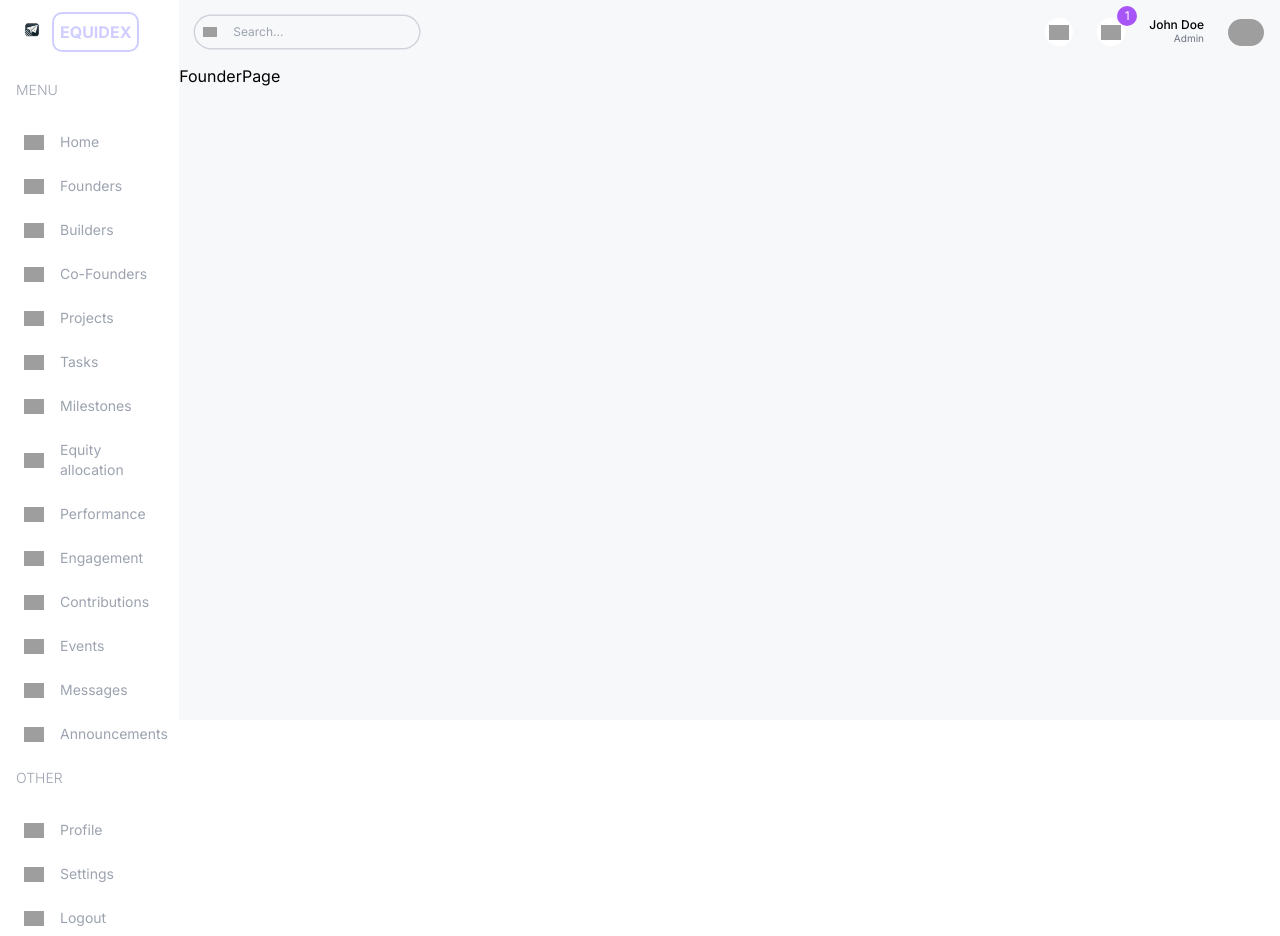
Repository: MikeeBuilds/equidex
Page: /founder
These files come from the project's save history. The page is drawn as it stood at one moment and after the next save; the edit follows.
The browser window is 1280 px wide. The pictures show the whole page.
Pictures or frames that could not be fetched are drawn as grey boxes. An inner scrolling area shows only its first screen. The project was rebuilt for these pictures with package versions that can differ from the ones it lists, and the page was loaded fresh each time. The framework's server and built-in components were replaced by stand-ins that run in the browser. Also part of the build but not shown: next.config.mjs.

Above is the page before, as saved 2024-09-25 12:36:23.

### src/app/layout.tsx
import type { Metadata } from "next";
import { Inter } from "next/font/google";
import "./globals.css";

const inter = Inter({ subsets: ["latin"] });

export const metadata: Metadata = {
  title: "Equidex",
  description: "Link with builders & share workload for sweat equity",
};

export default function RootLayout({
  children,
}: Readonly<{
  children: React.ReactNode;
}>) {
  return (
    <html lang="en">
      <body className={inter.className}>

        {children}
      </body>
    </html>
  );
}

### src/app/(dashboard)/layout.tsx
import Menu from "@/components/Menu";
import Navbar from "@/components/Navbar";
import Image from "next/image";
import Link from "next/link";

export default function DashboardLayout({
  children,
}: Readonly<{
  children: React.ReactNode;
}>) {
  return (
    <div className="h-screen flex">
      {/* LEFT */}
      <div className="w-[14%] md:w-[8%] lg:w-[16%] xl:w-[14%] p-4">
        <Link
          href="/"
          className="flex items-center justify-center lg:justify-start gap-2"
        >
          <Image src="/logo.png" alt="logo" width={32} height={32} />
          <span className="hidden lg:block font-bold text-dexPurple outline outline-2 outline-offset-2 outline-dexPurple rounded-md p-1">EQUIDEX</span>
        </Link>
        <Menu />
      </div>
      {/* RIGHT */}
      <div className="w-[86%] md:w-[92%] lg:w-[84%] xl:w-[86%] bg-[#F7F8FA] overflow-scroll flex flex-col">
        <Navbar />
        {children}
      </div>
    </div>
  );
}

### src/app/(dashboard)/founder/page.tsx
import React from 'react'

const FounderPage = () => {
  return (
    <div>FounderPage</div>
  )
}

export default FounderPage

### src/app/globals.css
@tailwind base;
@tailwind components;
@tailwind utilities;

.react-calendar {
  width: 100% !important;
  border: none !important;
  font-family: "Inter", sans-serif !important;
}

.react-calendar__navigation__label__labelText {
  font-weight: 600;
}

.react-calendar__tile--active {
  background-color: #c3ebfa !important;
  color: black !important;
}

.rbc-btn-group:first-child {
  display: none !important;
}

.rbc-toolbar-label {
  text-align: right !important;
  padding: 0px 20px !important;
}

.rbc-btn-group:last-child {
  font-size: 13px !important;
}

.rbc-btn-group:last-child button {
  border: none !important;
  background-color: #f1f0ff !important;
  margin-left: 2px !important;
}

.rbc-toolbar button.rbc-active {
  background-color: #dbdafe !important;
  box-shadow: none !important;
}

.rbc-time-view {
  border-color: #eee !important;
}

.rbc-time-header {
  display: none !important;
}

.rbc-time-content {
  border: none !important;
}

.rbc-time-gutter.rbc-time-column {
  font-size: 12px !important;
}

.rbc-time-gutter.rbc-time-column .rbc-timeslot-group {
  padding: 0px 20px !important;
}

.rbc-timeslot-group {
  background-color: #f7fdff !important;
}

.rbc-day-slot {
  font-size: 14px !important;
}

.rbc-event {
  border: none !important;
  color: black !important;
  padding: 10px !important;
  margin: 10px !important;
  width: 99% !important;
}

.event-pitch {
  background-color: #e2f8ff !important;
}
.event-networking {
  background-color: #fefce8 !important;
}
.event-investor {
  background-color: #f2f1ff !important;
}
.event-workshop {
  background-color: #fdf2fb !important;
}
.event-meetup {
  background-color: #e2fff0 !important;
}
.event-funding {
  background-color: #fff2e2 !important;
}
.event-launch {
  background-color: #f2e2ff !important;
}
.event-meeting {
  background-color: #e2f0ff !important;
}
.event-hackathon {
  background-color: #ffe2e2 !important;
}

### src/components/Menu.tsx
import { role } from "@/lib/data";
import Image from "next/image";
import Link from "next/link";

const menuItems = [
  {
    title: "MENU",
    items: [
      {
        icon: "/home.png",
        label: "Home",
        href: "/",
        visible: ["admin", "founder", "builder", "cofounder"],
      },
      {
        icon: "/teacher.png",
        label: "Founders",
        href: "/list/founders",
        visible: ["admin", "founder"],
      },
      {
        icon: "/student.png",
        label: "Builders",
        href: "/list/builders",
        visible: ["admin", "founder"],
      },
      {
        icon: "/parent.png",
        label: "Co-Founders",
        href: "/list/cofounder",
        visible: ["admin", "founder"],
      },
      {
        icon: "/subject.png",
        label: "Projects",
        href: "/list/projects",
        visible: ["admin", "founder", "builder", "cofounder"],
      },
      {
        icon: "/class.png",
        label: "Tasks",
        href: "/list/tasks",
        visible: ["admin", "founder", "builder", "cofounder"],
      },
      {
        icon: "/lesson.png",
        label: "Milestones",
        href: "/list/milestones",
        visible: ["admin", "founder", "cofounder"],
      },
      {
        icon: "/exam.png",
        label: "Equity allocation",
        href: "/list/equity-allocation",
        visible: ["admin", "founder"],
      },
      {
        icon: "/assignment.png",
        label: "Performance",
        href: "/list/performance",
        visible: ["admin", "founder", "cofounder"],
      },
      {
        icon: "/result.png",
        label: "Engagement",
        href: "/list/engagement",
        visible: ["admin", "founder", "builder", "cofounder"],
      },
      {
        icon: "/attendance.png",
        label: "Contributions",
        href: "/list/contributions",
        visible: ["admin", "founder", "builder", "cofounder"],
      },
      {
        icon: "/calendar.png",
        label: "Events",
        href: "/list/events",
        visible: ["admin", "founder", "builder", "cofounder"],
      },
      {
        icon: "/message.png",
        label: "Messages",
        href: "/list/messages",
        visible: ["admin", "founder", "builder", "cofounder"],
      },
      {
        icon: "/announcement.png",
        label: "Announcements",
        href: "/list/announcements",
        visible: ["admin", "founder", "builder", "cofounder"],
      },
    ],
  },
  {
    title: "OTHER",
    items: [
      {
        icon: "/profile.png",
        label: "Profile",
        href: "/profile",
        visible: ["admin", "founder", "builder", "cofounder"],
      },
      {
        icon: "/setting.png",
        label: "Settings",
        href: "/settings",
        visible: ["admin", "founder", "builder", "cofounder"],
      },
      {
        icon: "/logout.png",
        label: "Logout",
        href: "/logout",
        visible: ["admin", "founder", "builder", "cofounder"],
      },
    ],
  },
];

const Menu = () => {
  return (
    <div className="mt-4 text-sm">
      {menuItems.map((i) => (
        <div className="flex flex-col gap-2" key={i.title}>
          <span className="hidden lg:block text-gray-400 font-light my-4">
            {i.title}
          </span>
          {i.items.map((item) => {
            if (item.visible.includes(role)) {
              return (
                <Link
                  className="flex items-center justify-center lg:justify-start gap-4 text-gray-400 hover:text-black py-2 md:px-2 rounded-lg hover:bg-dexSkyLight"
                  href={item.href}
                  key={item.label}
                >
                  <Image src={item.icon} alt="" width={20} height={20} />
                  <span className="hidden lg:block">{item.label}</span>
                </Link>
              );
            }
            return null;
          })}
        </div>
      ))}
    </div>
  );
};

export default Menu;

### src/components/Navbar.tsx
import Image from "next/image";

const Navbar = () => {
  return (
    <div className="flex items-center justify-between p-4">
      {/* SEARCH BAR */}
      <div className="hidden md:flex items-center gap-2 text-xs rounded-full ring-[1.5px] ring-gray-300 px-2">
        <Image src="/search.png" alt="" width={14} height={14} />
        <input
          type="text"
          placeholder="Search..."
          className="w-[200px] p-2 bg-transparent outline-none"
        />
      </div>
      {/* ICONS AND USER */}
      <div className="flex items-center gap-6 justify-end w-full">
        <div className="bg-white rounded-full w-7 h-7 flex items-center justify-center cursor-pointer">
          <Image src="/message.png" alt="" width={20} height={20} />
        </div>
        <div className="bg-white rounded-full w-7 h-7 flex items-center justify-center cursor-pointer relative">
          <Image src="/announcement.png" alt="" width={20} height={20} />
          <div className="absolute -top-3 -right-3 w-5 h-5 flex items-center justify-center bg-purple-500 text-white rounded-full text-xs">
            1
          </div>
        </div>
        <div className="flex flex-col">
          <span className="text-xs leading-3 font-medium">John Doe</span>
          <span className="text-[10px] text-gray-500 text-right">Admin</span>
        </div>
        <Image
          src="/avatar.png"
          alt=""
          width={36}
          height={36}
          className="rounded-full"
        />
      </div>
    </div>
  );
};

export default Navbar;

### tailwind.config.ts
import type { Config } from "tailwindcss";

const config: Config = {
  content: [
    "./src/pages/**/*.{js,ts,jsx,tsx,mdx}",
    "./src/components/**/*.{js,ts,jsx,tsx,mdx}",
    "./src/app/**/*.{js,ts,jsx,tsx,mdx}",
  ],
  theme: {
    extend: {
      backgroundImage: {
        "gradient-radial": "radial-gradient(var(--tw-gradient-stops))",
        "gradient-conic":
          "conic-gradient(from 180deg at 50% 50%, var(--tw-gradient-stops))",
      },
      colors: {
        dexSky: "#C3EBFA",
        dexSkyLight: "#EDF9FD",
        dexPurple: "#CFCEFF",
        dexPurpleLight: "#F1F0FF",
        dexYellow: "#FAE27C",
        dexYellowLight: "#FEFCE8",
      },
    },
  },
  plugins: [],
};
export default config;

### src/components/Announcements.tsx
const Announcements = () => {
    return (
      <div className="bg-white p-4 rounded-md">
        <div className="flex items-center justify-between">
          <h1 className="text-xl font-semibold">Announcements</h1>
          <span className="text-xs text-gray-400">View All</span>
        </div>
        <div className="flex flex-col gap-4 mt-4">
          <div className="bg-dexSkyLight rounded-md p-4">
            <div className="flex items-center justify-between">
              <h2 className="font-medium">New Feature: Project Matching Algorithm</h2>
              <span className="text-xs text-gray-400 bg-white rounded-md px-1 py-1">
                2023-09-15
              </span>
            </div>
            <p className="text-sm text-gray-400 mt-1">
              We&apos;ve launched a new AI-powered matching algorithm to help founders find the perfect collaborators for their projects. Check it out in your dashboard!
            </p>
          </div>
          <div className="bg-dexPurpleLight rounded-md p-4">
            <div className="flex items-center justify-between">
              <h2 className="font-medium">Upcoming Webinar: Equity Structuring</h2>
              <span className="text-xs text-gray-400 bg-white rounded-md px-1 py-1">
                2023-09-10
              </span>
            </div>
            <p className="text-sm text-gray-400 mt-1">
              Join us on Sept 20th for a webinar on structuring sweat equity agreements. Learn best practices from experienced founders and legal experts.
            </p>
          </div>
          <div className="bg-dexYellowLight rounded-md p-4">
            <div className="flex items-center justify-between">
              <h2 className="font-medium">Success Story: TechNova Startup</h2>
              <span className="text-xs text-gray-400 bg-white rounded-md px-1 py-1">
                2023-09-05
              </span>
            </div>
            <p className="text-sm text-gray-400 mt-1">
              TechNova, formed through our platform, just secured $2M in seed funding! Read about how they built their team and product using sweat equity.
            </p>
          </div>
        </div>
      </div>
    );
  };

  export default Announcements;

### src/components/BigCalendar.tsx
"use client";

import { Calendar, momentLocalizer, View, Views } from "react-big-calendar";
import moment from "moment";
import { calendarEvents } from "@/lib/data";
import "react-big-calendar/lib/css/react-big-calendar.css";
import { useState } from "react";

const localizer = momentLocalizer(moment);

const BigCalendar = () => {
  const [view, setView] = useState<View>(Views.WORK_WEEK);

  const handleOnChangeView = (selectedView: View) => {
    setView(selectedView);
  };

  const eventStyleGetter = (event: any) => {
    const colorClass = `event-${event.colorClass.toLowerCase()}`;
    return {
      className: colorClass
    };
  };

  return (
    <Calendar
      localizer={localizer}
      events={calendarEvents}
      startAccessor="start"
      endAccessor="end"
      views={["work_week", "day", "month"]}
      view={view}
      style={{ height: "98%" }}
      onView={handleOnChangeView}
      min={new Date(2024, 0, 1, 8, 0, 0)} // January 1, 2024, 8:00 AM
      max={new Date(2025, 11, 31, 17, 0, 0)} // December 31, 2025, 5:00 PM
      eventPropGetter={eventStyleGetter}
    />
  );
};

export default BigCalendar;

### src/components/EventCalendar.tsx
"use client";

import Image from "next/image";
import { useState } from "react";
import Calendar from "react-calendar";
import "react-calendar/dist/Calendar.css";

type ValuePiece = Date | null;

type Value = ValuePiece | [ValuePiece, ValuePiece];

// TEMPORARY
const events = [
  {
    id: 1,
    title: "Pitch Deck Review",
    time: "10:00 AM - 11:30 AM",
    description: "Review and finalize pitch deck with design team for upcoming investor meeting.",
  },
  {
    id: 2,
    title: "Product Launch Meeting",
    time: "2:00 PM - 3:30 PM",
    description: "Discuss final steps for MVP launch with development and marketing teams.",
  },
  {
    id: 3,
    title: "Equity Distribution Call",
    time: "4:00 PM - 5:00 PM",
    description: "Monthly call to review completed tasks and allocate sweat equity to contributors.",
  },
  {
    id: 4,
    title: "Investor Pitch Deadline",
    time: "11:59 PM",
    description: "Final deadline to submit pitch materials for seed funding round.",
  },
  {
    id: 5,
    title: "UI/UX Feedback Session",
    time: "1:00 PM - 2:30 PM",
    description: "Gather feedback from beta users on new interface design with UX specialist.",
  },
];

const EventCalendar = () => {
  const [value, onChange] = useState<Value>(new Date());

  return (
    <div className="bg-white p-4 rounded-md">
      <Calendar onChange={onChange} value={value} />
      <div className="flex items-center justify-between">
        <h1 className="text-xl font-semibold my-4">Events</h1>
        <Image src="/moreDark.png" alt="" width={20} height={20} />
      </div>
      <div className="flex flex-col gap-4">
        {events.map((event) => (
          <div
            className="p-5 rounded-md border-2 border-gray-100 border-t-4 odd:border-t-dexSky even:border-t-dexPurple"
            key={event.id}
          >
            <div className="flex items-center justify-between">
              <h1 className="font-semibold text-gray-600">{event.title}</h1>
              <span className="text-gray-300 text-xs">{event.time}</span>
            </div>
            <p className="mt-2 text-gray-400 text-sm">{event.description}</p>
          </div>
        ))}
      </div>
    </div>
  );
};

export default EventCalendar;

Loaded but not shown: src/lib/data.ts (446 lines, source omitted)

After the next save:
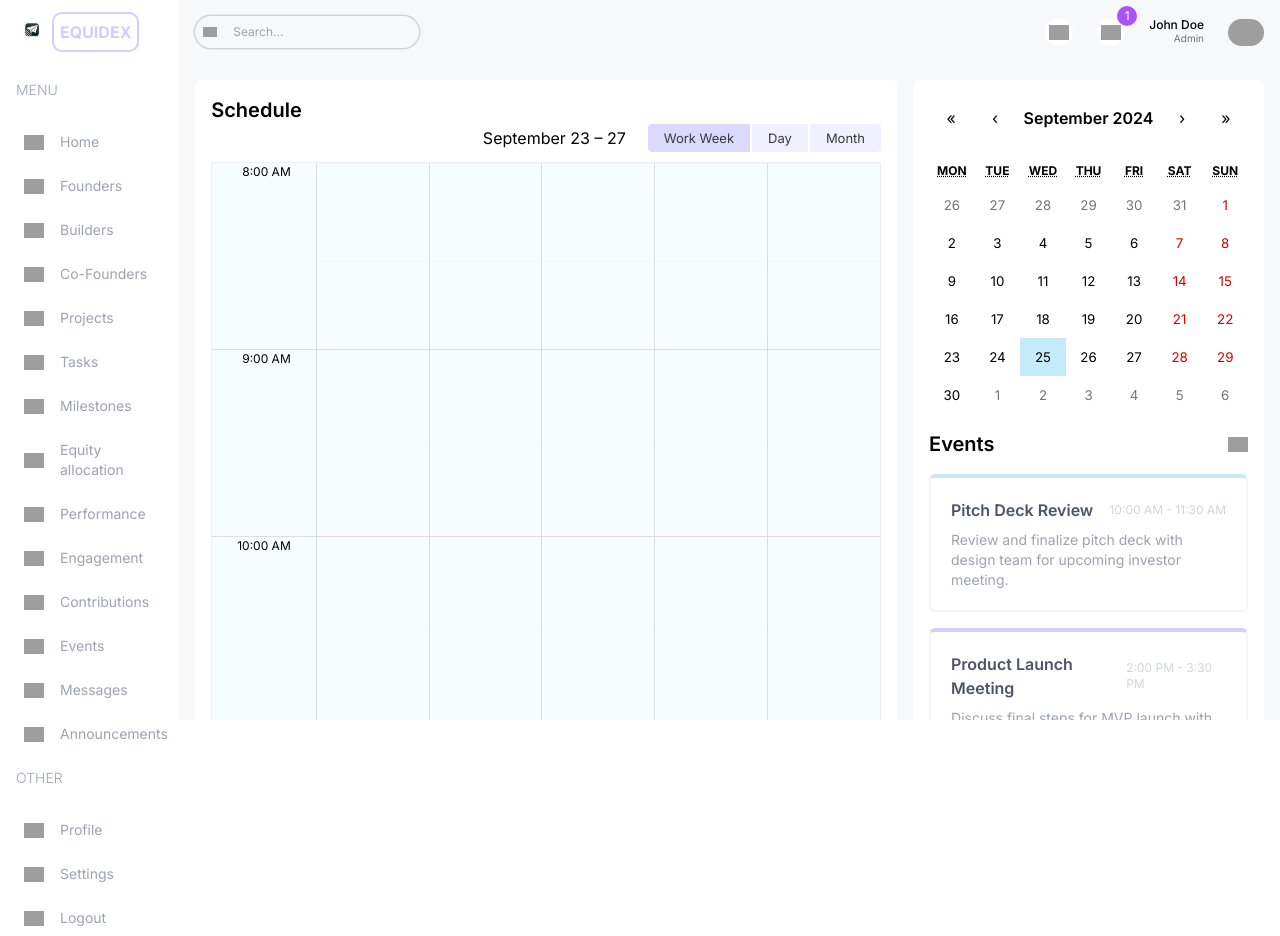
Saved 2 min 23 s later.
--- a/src/app/(dashboard)/founder/page.tsx
+++ b/src/app/(dashboard)/founder/page.tsx
@@ -1,9 +1,24 @@
-import React from 'react'
+import Announcements from "@/components/Announcements";
+import BigCalendar from "@/components/BigCalendar";
+import EventCalendar from "@/components/EventCalendar";
 
-const FounderPage = () => {
+const BuilderPage = () => {
   return (
-    <div>FounderPage</div>
-  )
-}
+    <div className="p-4 flex gap-4 flex-col xl:flex-row">
+      {/* LEFT */}
+      <div className="w-full xl:w-2/3">
+        <div className="h-full bg-white p-4 rounded-md">
+          <h1 className="text-xl font-semibold">Schedule</h1>
+          <BigCalendar/>
+        </div>
+      </div>
+      {/* RIGHT */}
+      <div className="w-full xl:w-1/3 flex flex-col gap-8">
+        <EventCalendar />
+        <Announcements />
+      </div>
+    </div>
+  );
+};
 
-export default FounderPage
+export default BuilderPage;
